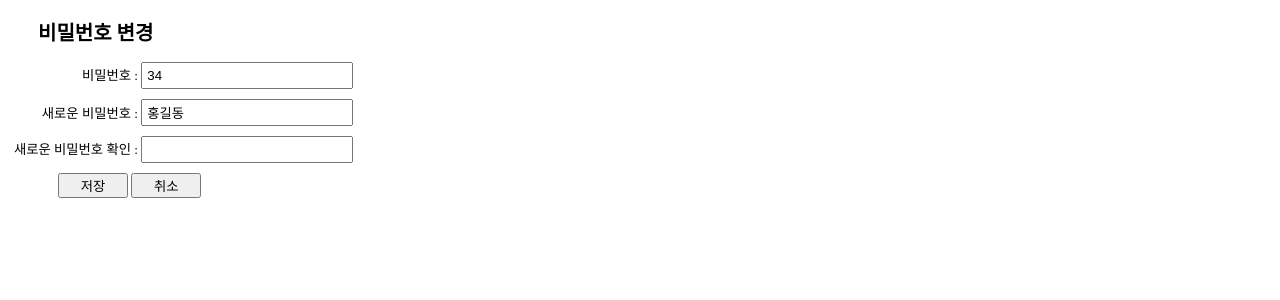
Repository: 5anniversary/JSPhw
Page: html1/WebContent/02practice/pwchange.html
The author's editor kept a copy of each file at every save. The page is drawn from the files as they stood at one save, then again after the next save.
The browser window is 1280 px wide. The pictures show the whole page.

Above is the page before, as saved 2020-04-11 10:00:10.

### html1/WebContent/02practice/pwchange.html
<!DOCTYPE html>
<html>
<head>
<meta http-equiv="Content-Type" content="text/html; charset=utf-8">
<style>
body { font-family: 굴림; font-size: 10pt;}
h2 { margin-left: 30px; }
div { margin-bottom: 10px; }
label:first-child {	display: inline-block; width: 130px; text-align: right; }
label:not(:first-child ) { display: inline-block; margin-right: 20px; }
input[type=text], select {padding: 4px;width: 200px;}
input[type=submit] {margin-left: 50px;width: 70px;}
input[type=reset] {	width: 70px; }
</style>
</head>
<body>
	<form method="post">
		<h2>비밀번호 변경</h2>
		<div>
			<label>비밀번호 :</label> <input type="text" name="no" value="34" />
		</div>
		<div>
			<label>새로운 비밀번호 :</label> <input type="text" name="username" value="홍길동" />
		</div>
		<div>
			<label>새로운 비밀번호 확인 :</label> <input type="text" name="email" />
		</div>
		<div>
			<input type="submit" value="저장" /> <input type="reset" value="취소" />
		</div>
	</form>
</body>
</html>

After the next save:
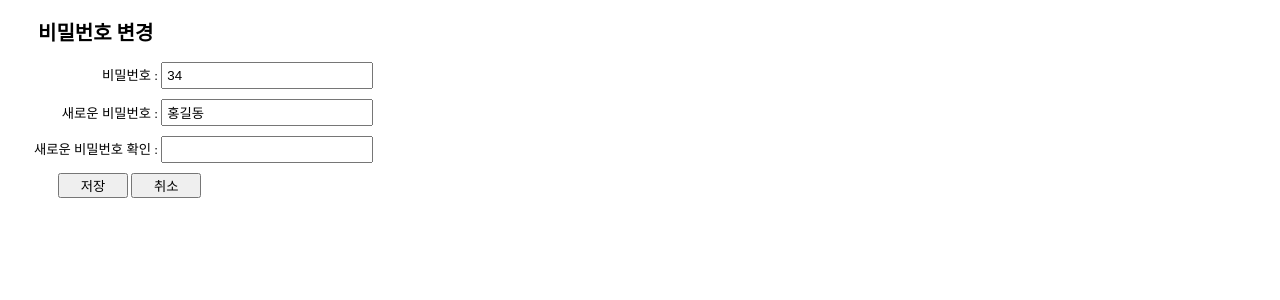
Saved 27 s later.
--- a/html1/WebContent/02practice/pwchange.html
+++ b/html1/WebContent/02practice/pwchange.html
@@ -6,7 +6,7 @@
 body { font-family: 굴림; font-size: 10pt;}
 h2 { margin-left: 30px; }
 div { margin-bottom: 10px; }
-label:first-child {	display: inline-block; width: 130px; text-align: right; }
+label:first-child {	display: inline-block; width: 150px; text-align: right; }
 label:not(:first-child ) { display: inline-block; margin-right: 20px; }
 input[type=text], select {padding: 4px;width: 200px;}
 input[type=submit] {margin-left: 50px;width: 70px;}
